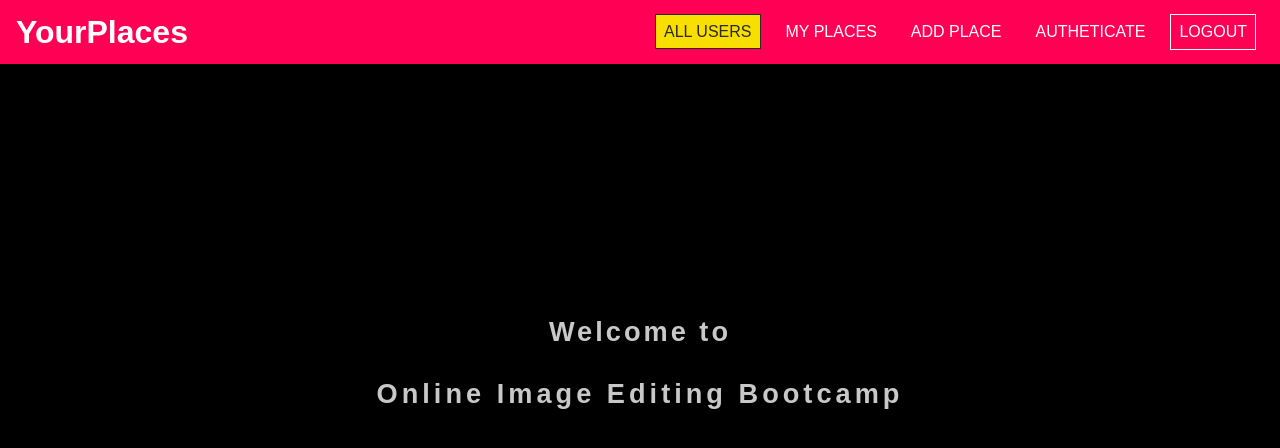
Repository: TanviSanyal/ImageEditingBootcamp
Page: /
An editor plug-in stored every save of this project. The page is shown before and after the next save, followed by the edit.
The browser window is 1280 px wide. The pictures show the whole page.
The project was rebuilt for these pictures with package versions that can differ from the ones it lists, and the page was loaded fresh each time. Also part of the build but not shown: src/shared/components/navigation/SideDrawer.css, src/shared/components/UIElements/Backdrop.css, src/shared/components/UIElements/Backdrop.js.

Above is the page before, as saved 2020-09-26 23:11:59.

After the next save:
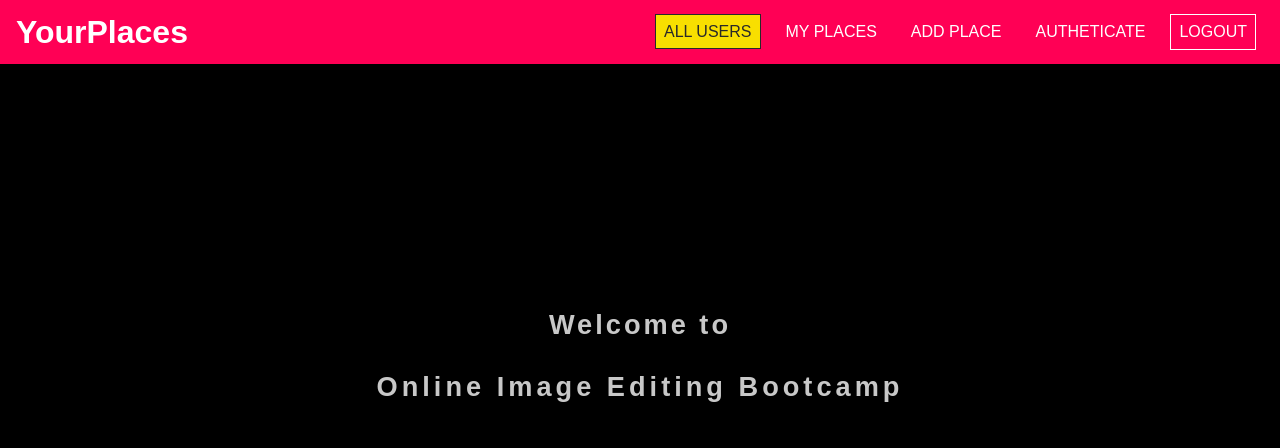
Saved 7 s later.
--- a/src/App.css
+++ b/src/App.css
@@ -1,7 +1,7 @@
 
 .main-body{
   text-align: center;
-  padding-top: 29vh;
+  padding-top: 28vh;
   padding-left: 3%;
   padding-right: 3%;
 }

After the save that followed:
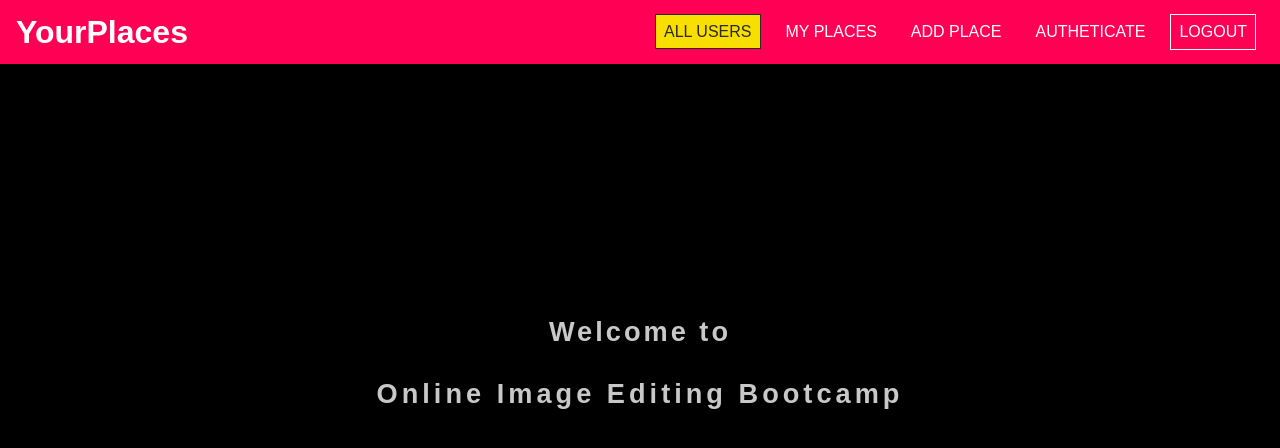
Saved 10 s later.
--- a/src/App.css
+++ b/src/App.css
@@ -1,7 +1,7 @@
 
 .main-body{
   text-align: center;
-  padding-top: 28vh;
+  padding-top: 29vh;
   padding-left: 3%;
   padding-right: 3%;
 }
